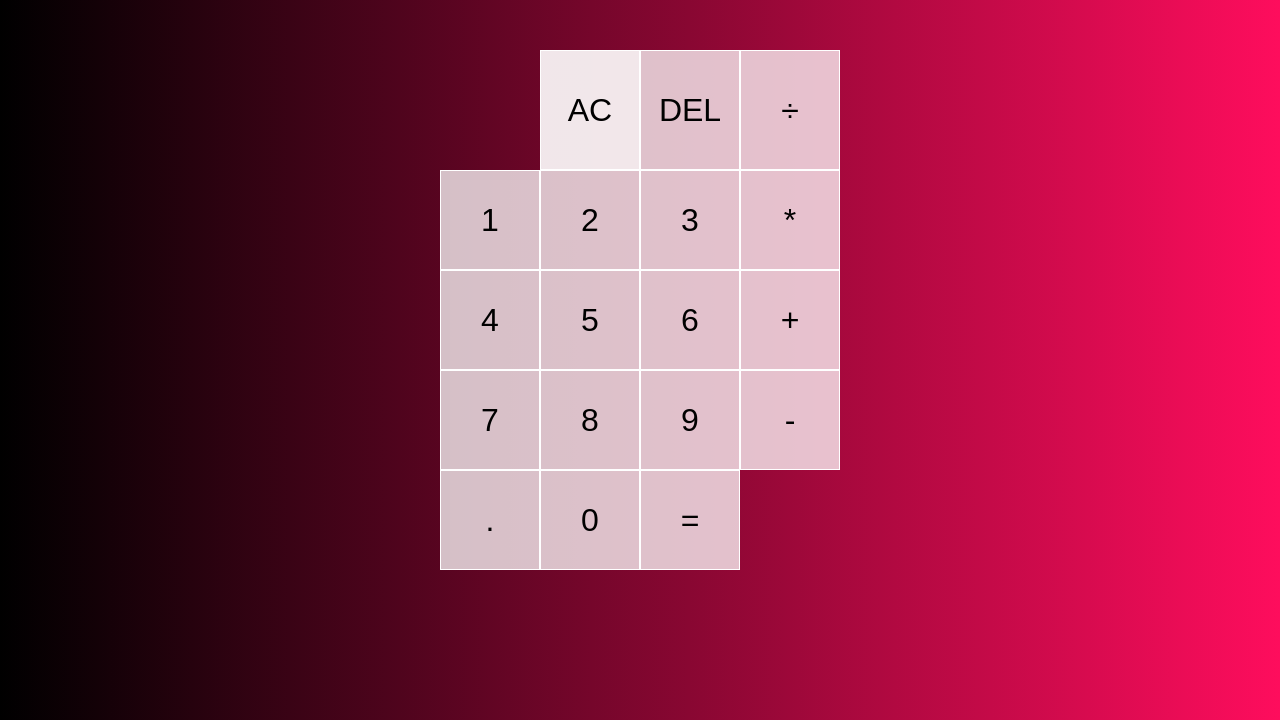
Repository: burntaftermint/calculator
Page: index.html
An editor plug-in stored every save of this project. The page is shown before and after the next save, followed by the edit.
The browser window is 1280 px wide. The pictures show the whole page.
The pointer rests on the first visible `.calculator-grid > button`.

Above is the page before, as saved 2023-11-01 02:35:43.

After the next save:
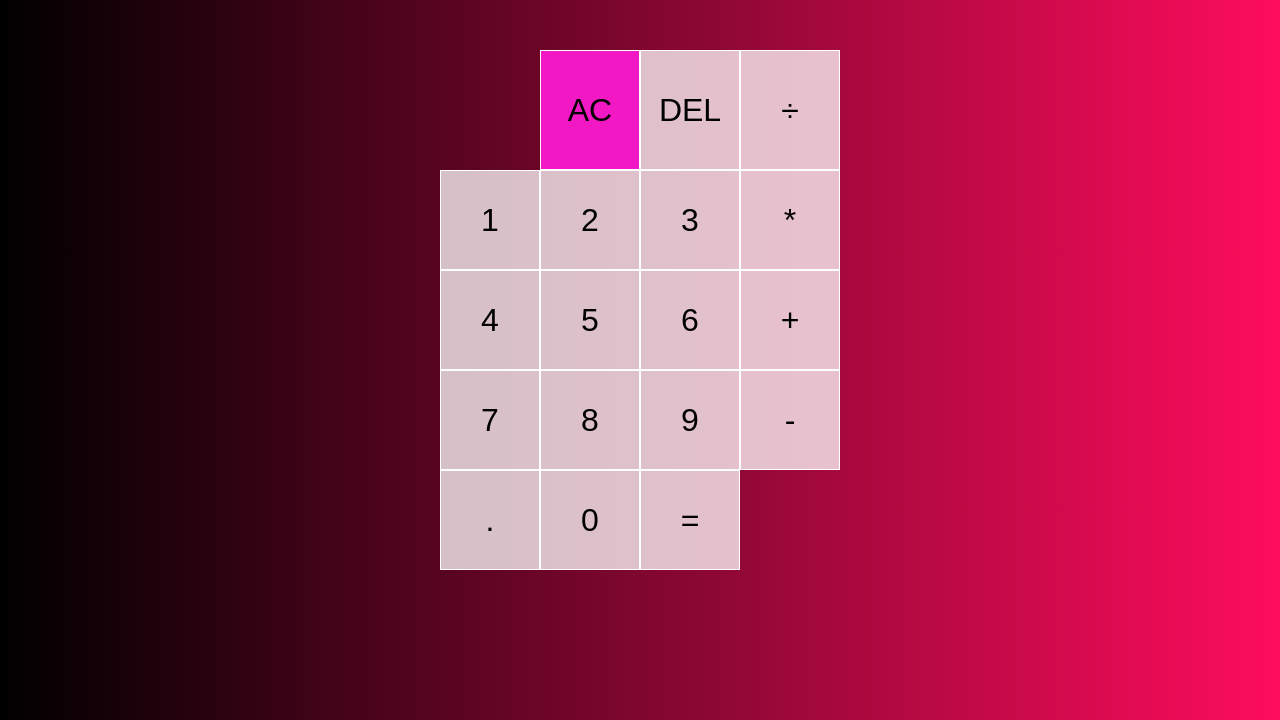
Saved 21 s later.
--- a/styles.css
+++ b/styles.css
@@ -28,5 +28,5 @@ body {
 }
 
 .calculator-grid > button:hover {
-    background-color: rgba(255, 255, 255, .9);
+    background-color: rgba(255, 27, 213, 0.9);
 }
